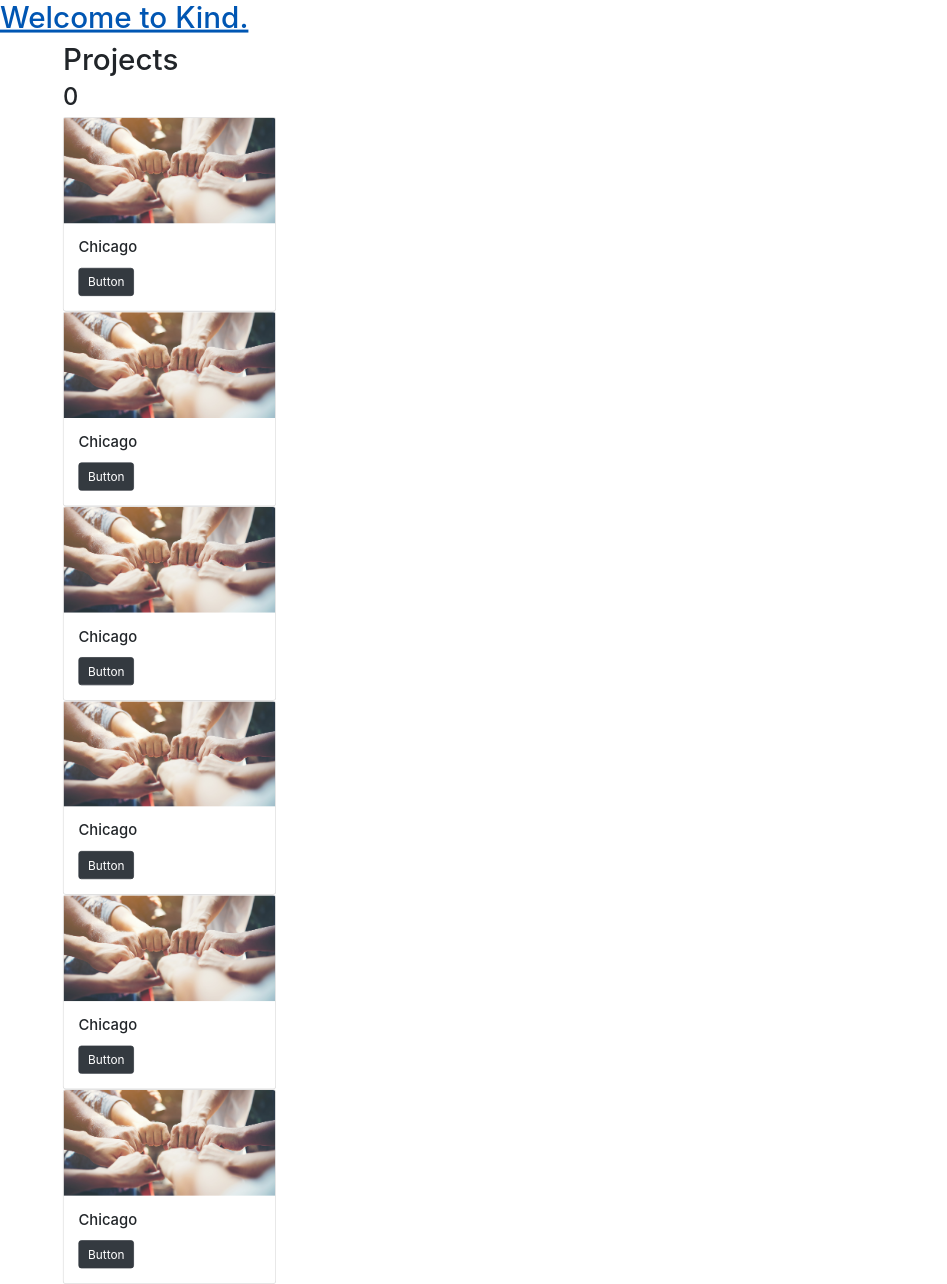
Repository: ruotolbr/KindApp--frontend
Page: / (app in kindappfront/)
These files come from the project's save history. The page is drawn as it stood at one moment and after the next save; the edit follows.
The browser window is 1280 px wide. The pictures show the whole page, at 74% of full size.
The page's requests for data from a server got no answer. The project was rebuilt for these pictures with package versions that can differ from the ones it lists, and the page was loaded fresh each time. No one was signed in, and anything a server would have sent is missing. Also part of the build but not shown: kindappfront/webpack.config.js.

Above is the page before, as saved 2021-03-02 13:48:48.

After the next save:
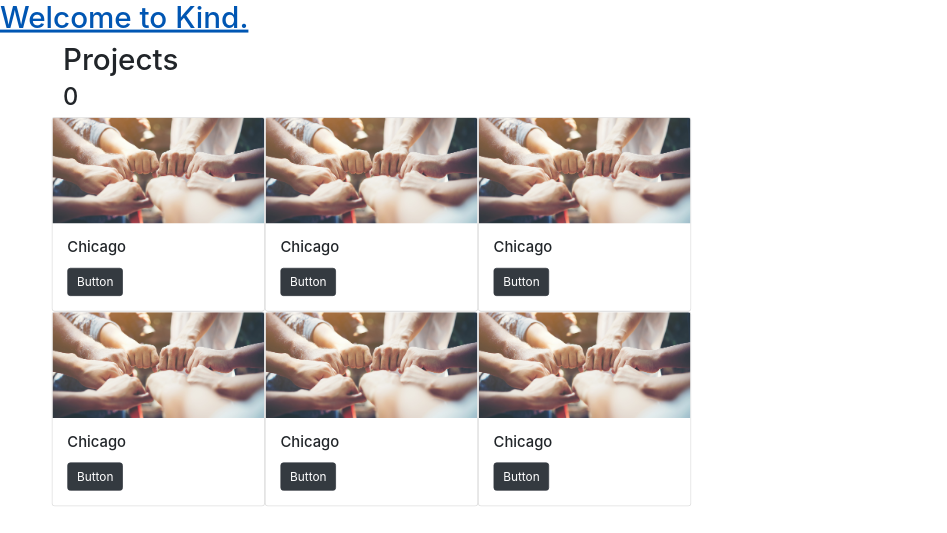
Saved 2 min 37 s later.
--- a/kindappfront/src/Components/Landing.jsx
+++ b/kindappfront/src/Components/Landing.jsx
@@ -23,16 +23,24 @@ const LandingPage = () => {
                 <h2>{projectInfo.length}</h2>
                 {console.log(projectInfo)}
             </div>
+            <div className="cards-container">
             <Container>
-            <div className="cards-container">
+                <Row>
+
                 <OpportunityCard />
                 <OpportunityCard />
                 <OpportunityCard />
+
+                </Row>
+                <Row>
+                 <OpportunityCard />
                 <OpportunityCard />
                 <OpportunityCard />
-                <OpportunityCard />
+                </Row>
+
+
+            </Container>
             </div>
-            </Container>
         </>
     )
 }
